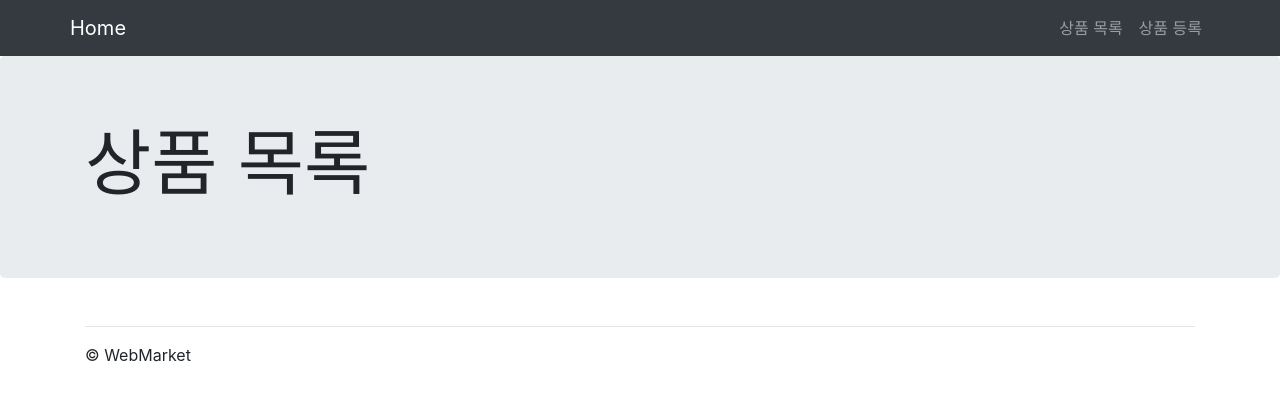
Repository: lhj257/jspwrokspace
Page: http://localhost/WebMarket/products.jsp
These files come from the project's save history. The page is drawn as it stood at one moment and after the next save; the edit follows.
The browser window is 1280 px wide. The pictures show the whole page.
The page is served by Tomcat 9. Queries for data that is not in the repository find no rows.

Above is the page before, as saved 2023-09-01 01:48:15.

After the next save:
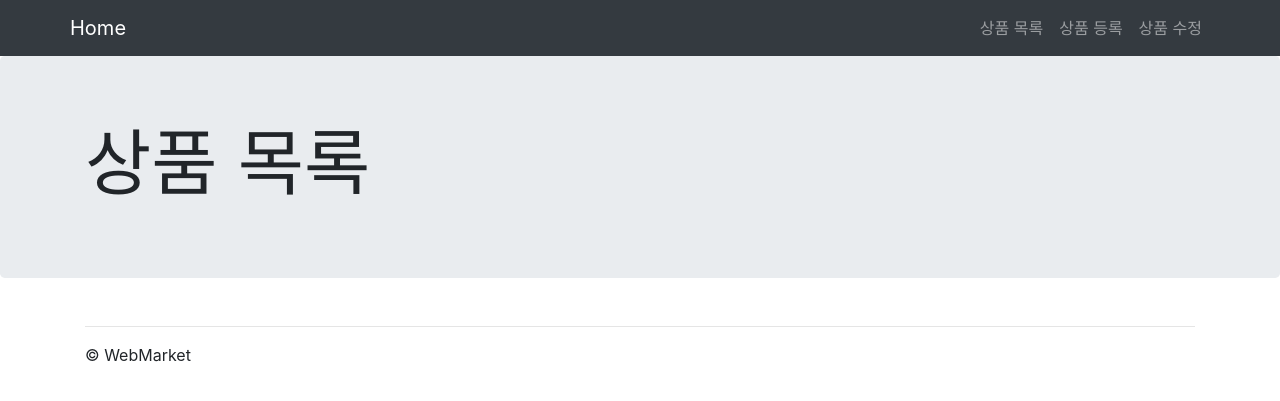
Saved 37 s later.
--- a/WebMarket/src/main/webapp/menu.jsp
+++ b/WebMarket/src/main/webapp/menu.jsp
@@ -9,6 +9,7 @@
 			<ul class="navbar-nav mr-auto">
 				<li class="nav-item"><a class="nav-link" href="./products.jsp">상품 목록</a></li>
 				<li class="nav-item"><a class="nav-link" href="./addProduct.jsp">상품 등록</a></li>
+				<li class="nav-item"><a class="nav-link" href="./editProduct.jsp">상품 수정</a></li>
 			</ul>
 		</div>
 
